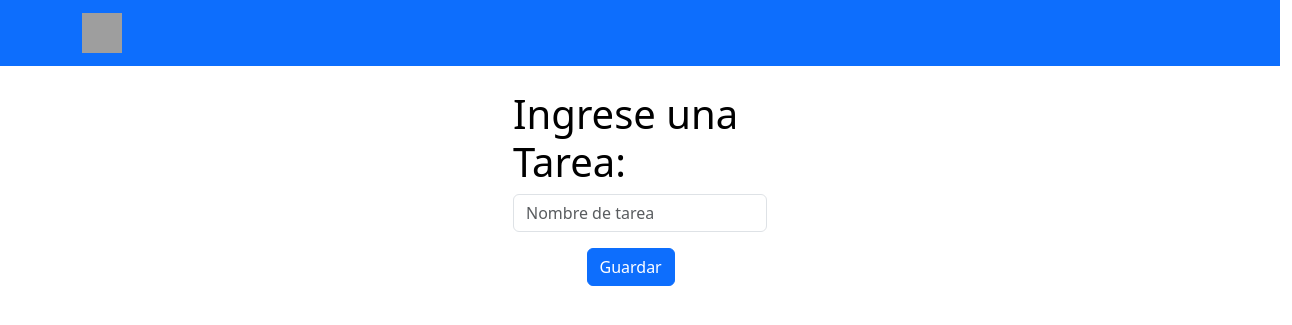
Repository: mgarrido0gb/registroTareas
Page: http://localhost/Tareas/Home
The author's editor kept a copy of each file at every save. The page is drawn from the files as they stood at one save, then again after the next save.
The browser window is 1280 px wide. The page is 1292 px wide, so the pictures cover 1292 px, including what lies to the right of the window. The pictures show the whole page.
Pictures or frames that could not be fetched are drawn as grey boxes. The page is served by Tomcat 10. Queries for data that is not in the repository find no rows.

Above is the page before, as saved 2024-05-21 16:49:29.

After the next save:
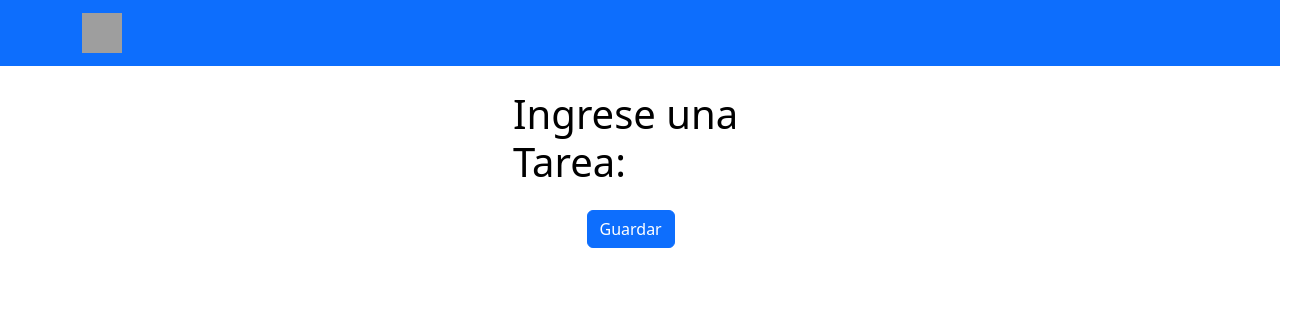
Saved 28 s later.
--- a/Tareas/src/main/webapp/WEB-INF/home.jsp
+++ b/Tareas/src/main/webapp/WEB-INF/home.jsp
@@ -47,7 +47,7 @@
     			<div class="p-4">
     				<h1>Ingrese una Tarea: </h1>
 
-    				<div class="text-center col-xs-12">
+    				<div class="text-center col-12>
     					<input class="form-control" placeholder="Nombre de tarea" name="texto" type="text" required>
     				</div>
     			<div>

After the 4 saves that followed:
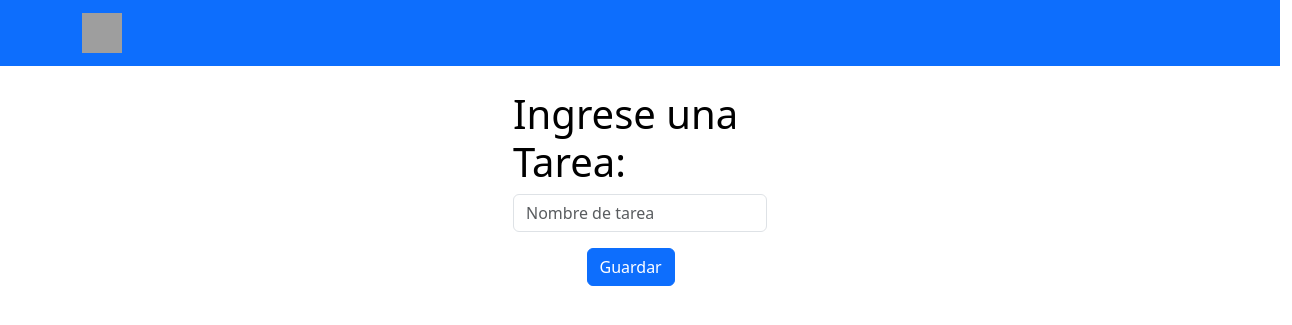
The 4 saves are shown as one change because 3 left the picture as it was.
The last was saved 2 min 4 s later.
--- a/Tareas/src/main/webapp/WEB-INF/home.jsp
+++ b/Tareas/src/main/webapp/WEB-INF/home.jsp
@@ -47,7 +47,7 @@
     			<div class="p-4">
     				<h1>Ingrese una Tarea: </h1>
 
-    				<div class="text-center col-12>
+    				<div class="text-center">
     					<input class="form-control" placeholder="Nombre de tarea" name="texto" type="text" required>
     				</div>
     			<div>
